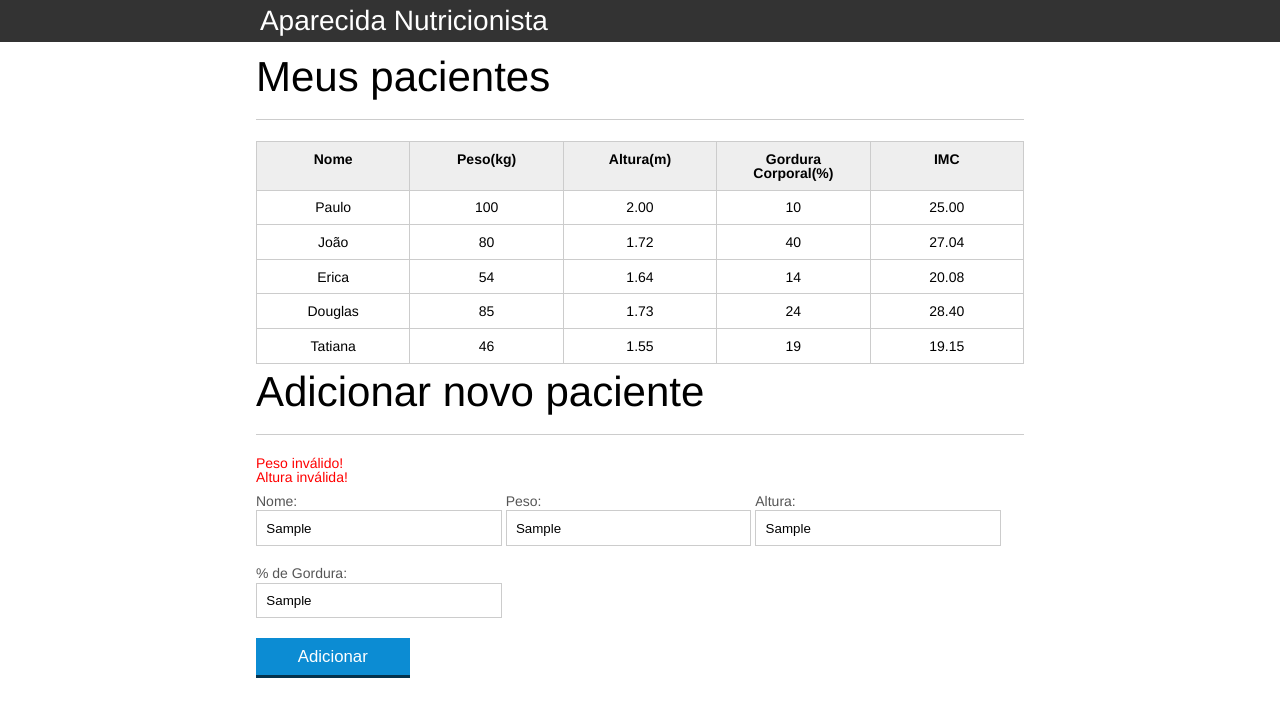
Repository: GabbLps/Controle-de-Clientes-Alura
Page: index.html
The author's editor kept a copy of each file at every save. The page is drawn from the files as they stood at one save, then again after the next save.
The browser window is 1280 px wide. The pictures show the whole page.
Empty fields were first filled with sample values (such as "Sample", 5 or name@example.com).
After loading, the first visible `#adicionar-paciente` was clicked once.

Above is the page before, as saved 2022-05-12 23:30:55.

### index.html
<!DOCTYPE html>
<html lang="pt-br">
	<head>
		<meta charset="UTF-8">
		<title>Aparecida Nutrição</title>
		<link rel="icon" href="favicon.ico" type="image/x-icon">
		<link rel="stylesheet" type="text/css" href="css/reset.css">
		<link rel="stylesheet" type="text/css" href="css/index.css">

	</head>
	<body>

		<header>
			<div class="container">
				<h1 class="titulo">Aparecida Nutrição</h1>
			</div>
		</header>
		<main>
			<section class="container">
				<h2>Meus pacientes</h2>
				<table>
					<thead>
						<tr>
							<th>Nome</th>
							<th>Peso(kg)</th>
							<th>Altura(m)</th>
							<th>Gordura Corporal(%)</th>
							<th>IMC</th>
						</tr>
					</thead>
					<tbody id="tabela-pacientes">
						<tr class="paciente" id="primeiro-paciente" >
							<td class="info-nome">Paulo</td>
							<td class="info-peso">100</td>
							<td class="info-altura">2.00</td>
							<td class="info-gordura">10</td>
							<td class="info-imc">0</td>
						</tr>

						<tr class="paciente" >
							<td class="info-nome">João</td>
							<td class="info-peso">80</td>
							<td class="info-altura">1.72</td>
							<td class="info-gordura">40</td>
							<td class="info-imc">0</td>
						</tr>

						<tr class="paciente" >
							<td class="info-nome">Erica</td>
							<td class="info-peso">54</td>
							<td class="info-altura">1.64</td>
							<td class="info-gordura">14</td>
							<td class="info-imc">0</td>
						</tr>

						<tr class="paciente">
							<td class="info-nome">Douglas</td>
							<td class="info-peso">85</td>
							<td class="info-altura">1.73</td>
							<td class="info-gordura">24</td>
							<td class="info-imc">0</td>
						</tr>
						<tr class="paciente" >
							<td class="info-nome">Tatiana</td>
							<td class="info-peso">46</td>
							<td class="info-altura">1.55</td>
							<td class="info-gordura">19</td>
							<td class="info-imc">0</td>
						</tr>
					</tbody>
				</table>

			</section>
		</main>

		<section class="container">
			<h2 id="titulo-form">Adicionar novo paciente</h2>
			<ul id="mensagens-erro">

			</ul>
			<form id="form-adiciona">
				<div class="grupo">
					<label for="nome">Nome:</label>
					<input id="nome" name="nome" type="text" placeholder="Digite o nome do seu paciente" class="campo">
				</div>
				<div class="grupo">
					<label for="peso">Peso:</label>
					<input id="peso" name="peso" type="text" placeholder="Digite o peso do seu paciente" class="campo campo-medio">
				</div>
				<div class="grupo">
					<label for="altura">Altura:</label>
					<input id="altura" name="altura" type="text" placeholder="Digite a altura do seu paciente" class="campo campo-medio">
				</div>
				<div class="grupo">
					<label for="gordura">% de Gordura:</label>
					<input id="gordura" type="text" placeholder="Digite a porcentagem de gordura do seu paciente" class="campo campo-medio">
				</div>

				<button id="adicionar-paciente" class="botao bto-principal">Adicionar</button>
			</form>
		</section>

		<script src="js/calcula-imc.js"></script>
		<script src="js/form.js"></script>
	</body>
</html>

### css/index.css
*{
	box-sizing: border-box;
 }

body{
	font-family: "Helvetica Neue", "Helvetica", Helvetica, Arial, sans-serif;
	font-size: 14px;
}

header{
	background-color: #333;
	height: 3em;
	color: #FFF;
	margin-bottom: 1em;
}

header h1{
	font-size: 2em;
	display:inline-block;
	vertical-align:	middle;
}
header h2{
	font-size: 2em;
	display:inline-block;
	vertical-align:	middle;
}

header .container:before{
	content: '';
	display:inline-block;
	height: 100%;
	vertical-align:	middle;
}

.container{
	width: 60%;
	height: 100%;
	margin: 0 auto;
}

section{
	margin: 2em 0;
	overflow: hidden;
}

section h2{
	font-size: 3em;
	display: block;
	padding-bottom: .5em;
	border-bottom: 1px solid #ccc;
	margin-bottom: .5em;
}

table{
	width: 100%;
	margin-bottom : .5em;
    table-layout: fixed;

}

td, th {
	padding: .7em;
	margin: 0;
	border: 1px solid #ccc;
	text-align: center;
}

th{
	font-weight: bold;
	background-color: #EEE;
}

label{
	color: #555;
	display: block;
	margin-bottom: .2em;
}

.campo{
	margin: 0;
	padding-bottom: 1em;
	width: 100%;
	border: 1px solid #ccc;
	padding: .7em;
	width: 100%;
}

.campo-medio{
	display: inline-block;
	padding-right: .5em;
}

.grupo{
	width: 32%;
	display: inline-block;
	padding: 10px 0px;
}

button{
	padding: .5em 2em;
	border: 0;
	border-bottom: 3px solid;
	font-size: 1.2em;
	cursor: pointer;
	margin: 0;
	margin-top: -3px;
	color: #fff;
	background-color:#0c8cd3;
	border-color: #04324c;
	width: 20%;
    display: block;
    clear: both;
    margin: 10px 0px;

}

button:active{
	margin-top:0px;
	border: 0;
}

button[disabled=disabled], button:disabled {
    background-color: gray;
	border-color: darkgray;

}

.adicionar-paciente{
    margin-top: 30px;
}

.campo-invalido{
	border: 1px solid red;
}

.paciente-invalido {
	background-color: lightcoral;
}

#mensagens-erro{
	color:red;
}

### js/calcula-imc.js
var titulo = document.querySelector(".titulo");
titulo.textContent = "Aparecida Nutricionista";

var pacientes = document.querySelectorAll(".paciente");

for(var i = 0;i < pacientes.length; i++) {

    var paciente = pacientes[i];

    var tdPeso = paciente.querySelector(".info-peso");
    var peso = tdPeso.textContent;

    var tdAltura = paciente.querySelector(".info-altura");
    var altura = tdAltura.textContent;

    var tdImc = paciente.querySelector(".info-imc");

    var pesoEhValido = validaPeso(peso); //true or false
    var alturaEhValida = validaAltura(altura); //true or false

    if(!pesoEhValido) {
        console.log("Peso inválido!")
        pesoEhValido = false;
        tdImc.textContent = "Peso inválido!"
        paciente.classList.add("paciente-invalido");
    }

    if(!alturaEhValida) {
        console.log("Altura inválida!")
        pesoEhValido = false;
        tdImc.textContent = "Altura inválida!";
        paciente.classList.add("paciente-invalido");
    }

    if(pesoEhValido && alturaEhValida) {
        var imc = calculaImc(peso,altura);
        tdImc.textContent = imc;
    }
}

function validaPeso(peso) {
    if(peso >= 0 && peso < 1000) {
        return true;
    }else{
        return false;
    }
}

function validaAltura(altura) {
    if(altura >= 0 && altura <= 3.0) {
        return true;
    } else {
        return false;
    }
}

function calculaImc(peso,altura) {
    var imc = 0;

    imc = peso / (altura*altura);

    return imc.toFixed(2);
}

### js/form.js
var botaoAdicionar = document.querySelector("#adicionar-paciente");
botaoAdicionar.addEventListener("click", function(event) {
    event.preventDefault();

    var form = document.querySelector("#form-adiciona");
    var paciente = obtemPacienteDoFormulario(form);

    var pacienteTr = montaTr(paciente);

    var erros = validaPaciente(paciente);
    console.log(erros);
    if(erros.length > 0){
        exibeMensagensDeErro(erros);
        return;
    }

    //  Adicionando paciente na tabela
    var tabela = document.querySelector("#tabela-pacientes");

    tabela.appendChild(pacienteTr);
    form.reset();
});

    function exibeMensagensDeErro(erros) {
        var ul = document.querySelector("#mensagens-erro");
        erros.forEach(function(erro){
            var li = document.createElement("li");
            li.textContent = erro;
            ul.appendChild(li);
            if(erros.length == ""){
                ul.removeChild(li);
            }
        });
    }

function obtemPacienteDoFormulario(form) {

    var paciente = {
        nome: form.nome.value,
        peso: form.peso.value,
        altura: form.altura.value,
        gordura: form.gordura.value,
        imc: calculaImc(form.peso.value, form.altura.value)
    }
    return paciente;
}

function montaTr(paciente){
    var pacienteTr = document.createElement("tr");  // Cria uma tr
    pacienteTr.classList.add("paciente");

    pacienteTr.appendChild(montaTd(paciente.nome, "info-nome"));   // Adiciona nomeTd dentro da Tr
    pacienteTr.appendChild(montaTd(paciente.peso, "info-peso"));
    pacienteTr.appendChild(montaTd(paciente.altura, "info-altura"));
    pacienteTr.appendChild(montaTd(paciente.gordura, "info-gordura"));
    pacienteTr.appendChild(montaTd(paciente.imc, "info-imc"));

    return pacienteTr;
}

function montaTd(dado,classe) {
    var td = document.createElement("td");  // Cria uma  td
    td.textContent = dado;   //  Adiciona um valor para essa td
    td.classList.add(classe); // Adiciona a classe no Td
    return td;
}

function validaPaciente(paciente) {

    var erros = [];

    if(paciente.nome.length == 0) {
        erros.push("O nome não pode ser em branco.");
    }

    if(!validaPeso(paciente.peso)){
        erros.push("Peso inválido!");
    }

    if(!validaAltura(paciente.altura)){
        erros.push("Altura inválida!");
    }

    if(paciente.gordura.length == 0) {
        erros.push("A gordura não pode ser em branco.");
    }
    return erros;
}

Loaded but not shown: css/reset.css (common file)

After the next save:
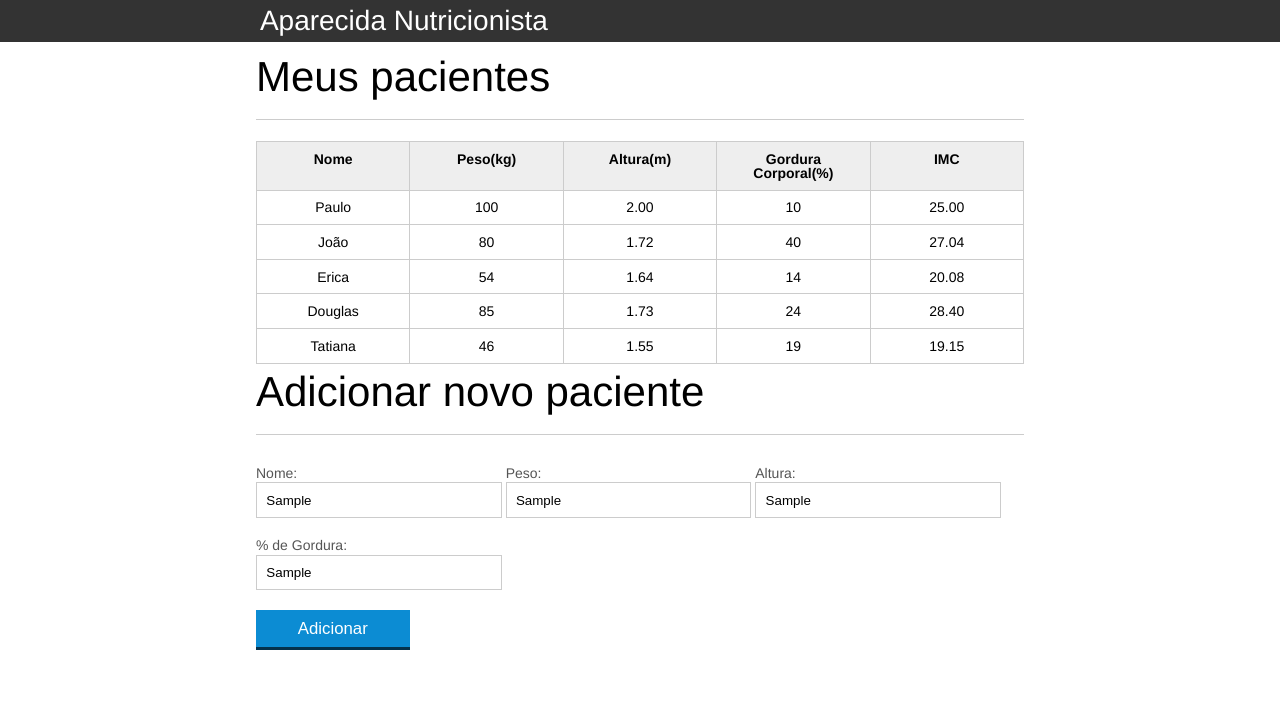
Saved 40 s later.
--- a/js/form.js
+++ b/js/form.js
@@ -27,8 +27,9 @@
             var li = document.createElement("li");
             li.textContent = erro;
             ul.appendChild(li);
-            if(erros.length == ""){
+            if(erros.length ){
                 ul.removeChild(li);
+                li.textContent = "";
             }
         });
     }

After the 2 saves that followed:
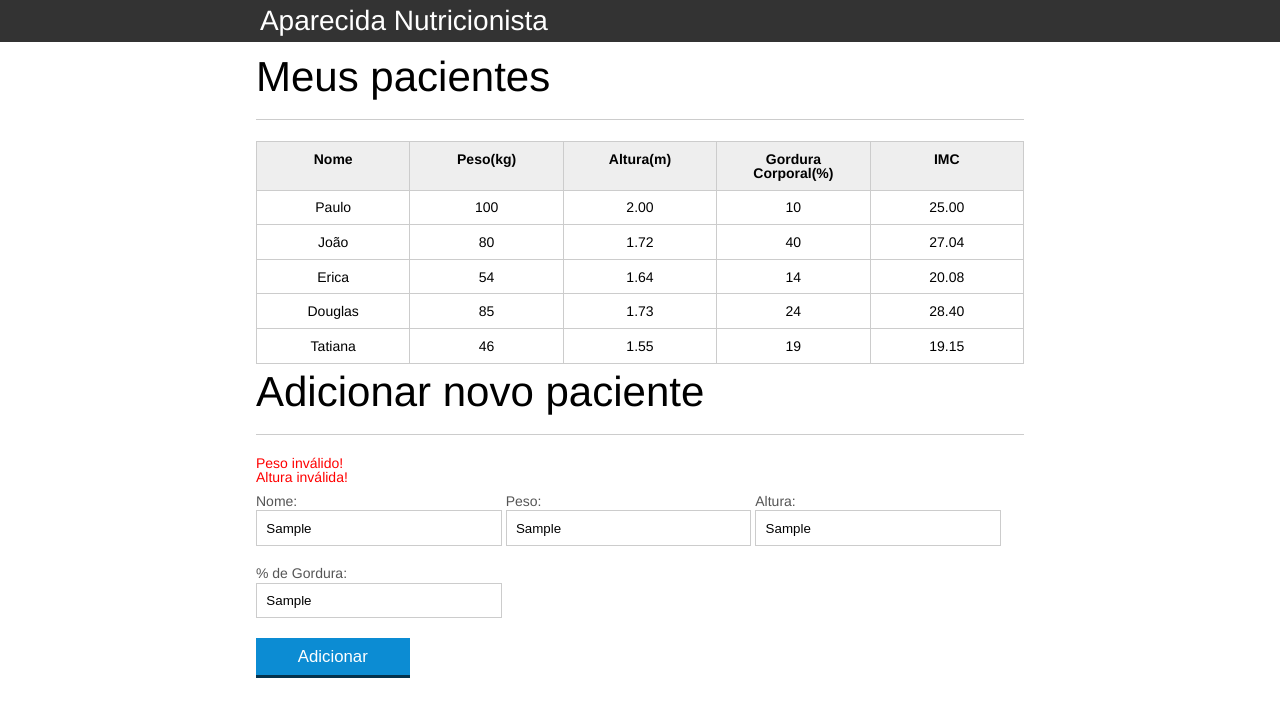
The 2 saves are shown as one change because 1 left the picture as it was.
The last was saved 52 s later.
--- a/js/form.js
+++ b/js/form.js
@@ -27,8 +27,7 @@
             var li = document.createElement("li");
             li.textContent = erro;
             ul.appendChild(li);
-            if(erros.length ){
-                ul.removeChild(li);
+            if(!erros.length){
                 li.textContent = "";
             }
         });
